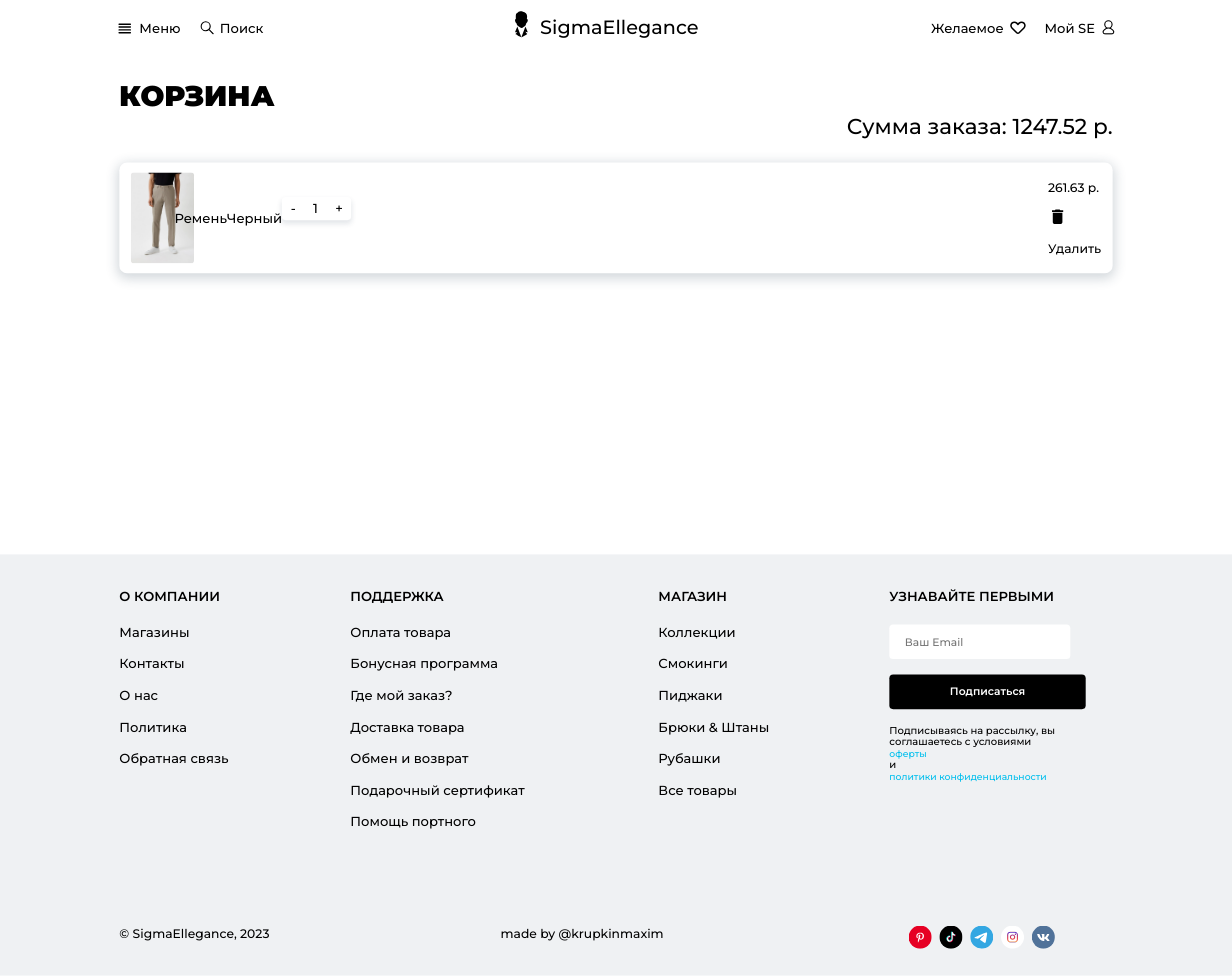
Repository: MaksimKrupkin/SigmaEllegance
Page: /cart
These files come from the project's save history. The page is drawn as it stood at one moment and after the next save; the edit follows.
The browser window is 1280 px wide. The page is 1600 px wide, so the pictures cover 1600 px, including what lies to the right of the window. The pictures show the whole page, at 77% of full size.
Some web fonts or font styles are not loaded; a fallback is used. The project was rebuilt for these pictures with package versions that can differ from the ones it lists, and the page was loaded fresh each time. Also part of the build but not shown: src/Components/SideBar/SideBar.module.css, src/Components/SideBar/SideBar.jsx, src/Pages/HomePage.module.css, src/Components/SliderWrapper/SliderWrapper.module.css, src/Components/SliderCard/SliderCard.module.css, src/Components/SliderCard/SliderCard.jsx, src/Components/LeftArrow/LeftArrow.module.css, src/Components/LeftArrow/LeftArrow.jsx and 31 more.

Above is the page before, as saved 2023-12-19 19:40:20.

After the next save:
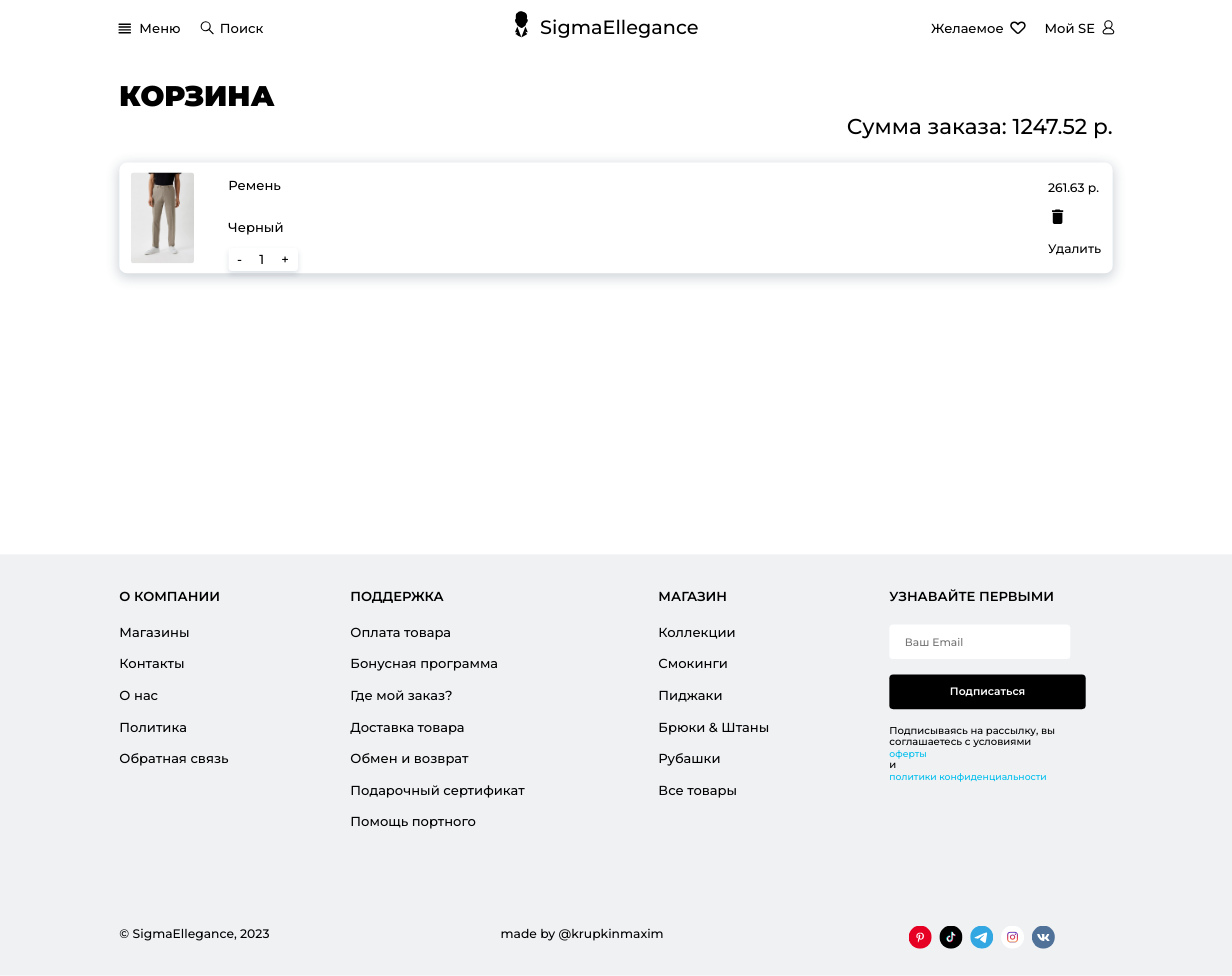
Saved 19 s later.
--- a/src/Pages/Cart/Cart.module.css
+++ b/src/Pages/Cart/Cart.module.css
@@ -43,7 +43,8 @@
 }
 .goods_data {
   display: flex;
-
+  flex-direction: column;
+  justify-content: center;
   margin-left: -930px;
   font-size: 17px;
   font-weight: 500;
